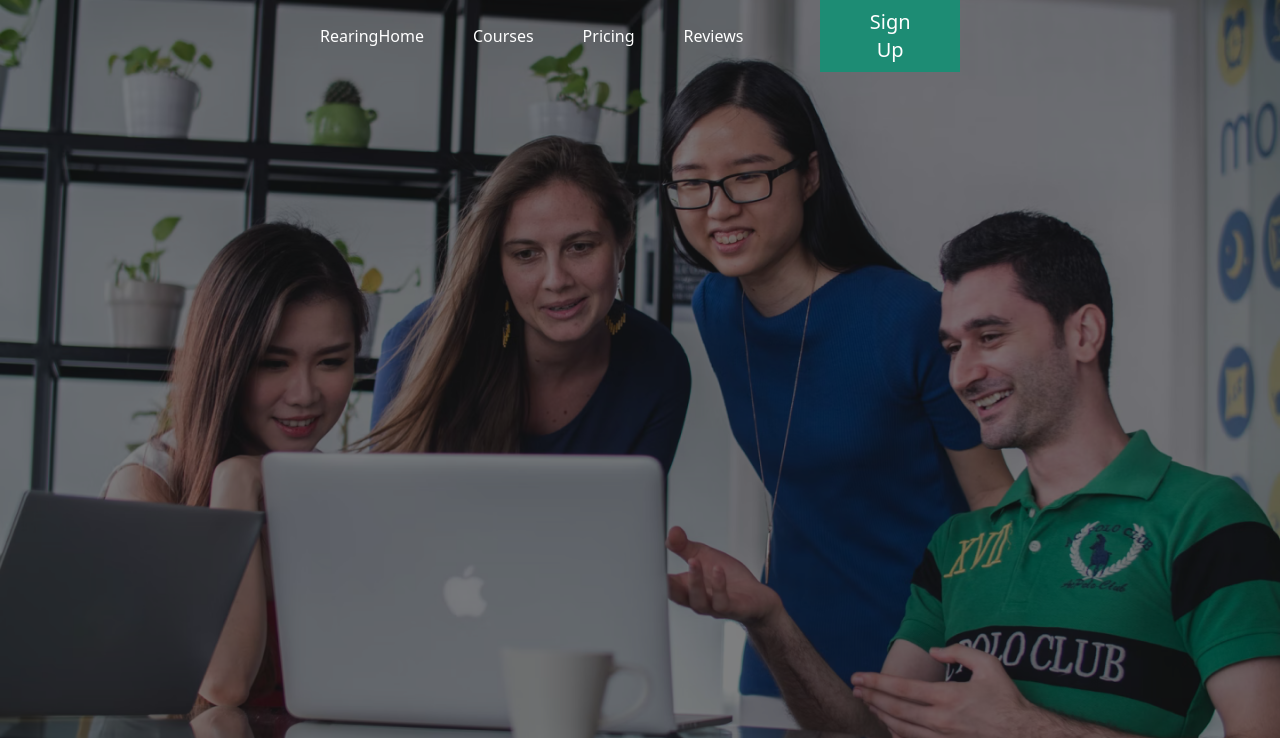
Repository: vandangnhathung/educationplatform
Page: /
These files come from the project's save history. The page is drawn as it stood at one moment and after the next save; the edit follows.
The browser window is 1280 px wide. The pictures show the whole page.
The project was rebuilt for these pictures with package versions that can differ from the ones it lists, and the page was loaded fresh each time.

Above is the page before, as saved 2022-06-20 14:38:00.

### src/index.js
import React from "react";
import ReactDOM from "react-dom/client";
import App from "./App";
import reportWebVitals from "./reportWebVitals";
import "./index.css";
const root = ReactDOM.createRoot(document.getElementById("root"));
root.render(
  <React.StrictMode>
    <App />
  </React.StrictMode>
);

// If you want to start measuring performance in your app, pass a function
// to log results (for example: reportWebVitals(console.log))
// or send to an analytics endpoint. Learn more: https://bit.ly/CRA-vitals
reportWebVitals();

### src/App.js
import Header from "./components/Header";

function App() {
  return (
    <>
      <Header></Header>
    </>
  );
}

export default App;

### src/index.css
@tailwind base;
@tailwind components;
@tailwind utilities;

*,
*::before,
*::after {
  box-sizing: border-box;
}
* {
  margin: 0;
  padding: 0;
}

html,
body {
  height: 100%;
}
body {
  line-height: 1.5;
}

img,
picture,
video,
canvas,
svg {
  display: block;
  max-width: 100%;
}
input,
button,
textarea,
select {
  font: inherit;
  outline: none;
}
p,
h1,
h2,
h3,
h4,
h5,
h6 {
  overflow-wrap: break-word;
}

.container {
    max-width: 1440px;
    margin: 0 auto;
    width: 100%;
}

### src/components/Header.js
import React, { useEffect } from "react";
import headerImg from "../images/Images.png";
const Header = () => {
  const headerNav = [
    {
      id: 1,
      title: "Home",
    },
    {
      id: 2,
      title: "Courses",
    },
    {
      id: 3,
      title: "Pricing",
    },
    {
      id: 4,
      title: "Reviews",
    },
  ];
  return (
    <header>
      <div className="relative">
        <img src={headerImg} alt="header_img" className="w-full" />
        <div className="absolute inset-0 bg-black opacity-50"></div>
        <div class="absolute top-0  -translate-x-1/2 left-1/2 ">
          <div class="container ">
            <div className=" text-white flex items-center justify-center">
              <div className="">Rearing</div>
              <div className="flex items-center justify-center">
                <nav className="mr-[77px]">
                  <ul className="flex items-center justify-center gap-x-[49px] ">
                    {headerNav.map((item) => (
                      <li key={item.id}>{item.title}</li>
                    ))}
                  </ul>
                </nav>
                <button className="py-2 px-10 bg-[#1D8C74] text-white text-xl ">
                  Sign Up
                </button>
              </div>
            </div>
          </div>
        </div>
      </div>
    </header>
  );
};

export default Header;

Loaded but not shown: public/index.html (common file); src/reportWebVitals.js (common file); tailwind.config.js (common file)

After the next save:
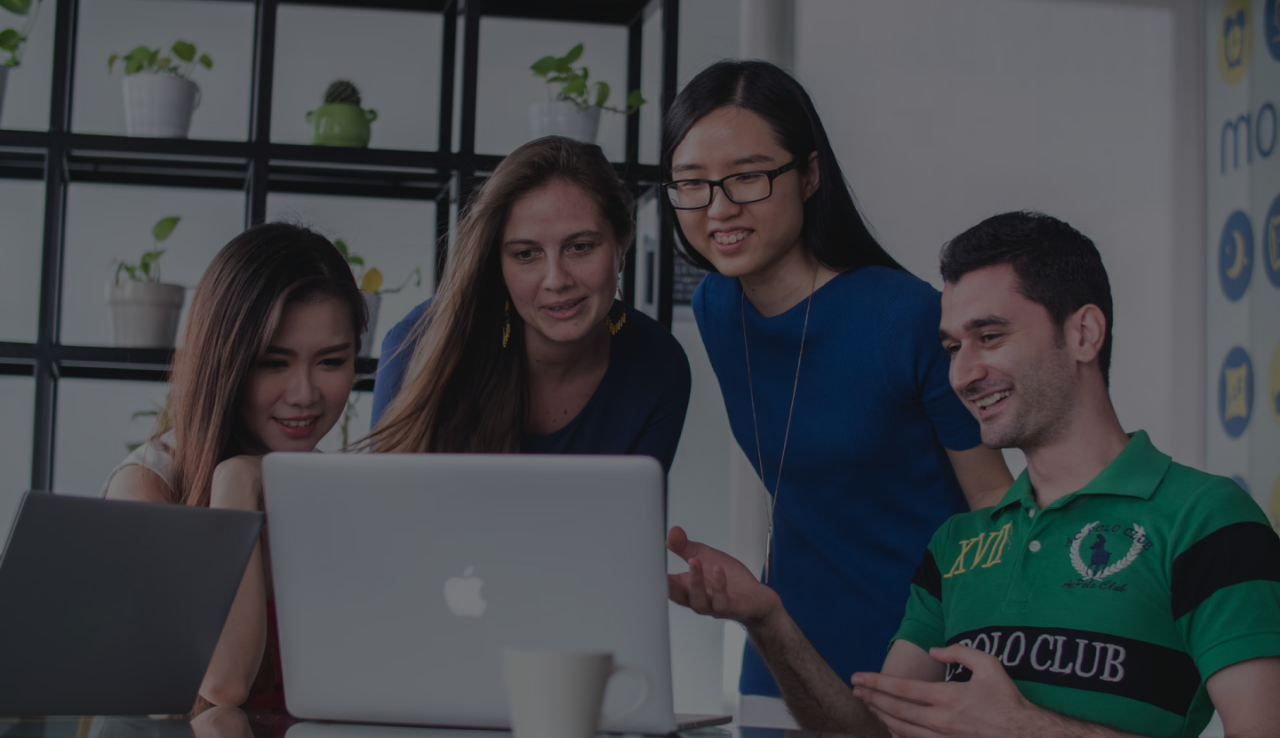
Saved 62 s later.
--- a/src/components/Header.js
+++ b/src/components/Header.js
@@ -24,25 +24,6 @@ const Header = () => {
       <div className="relative">
         <img src={headerImg} alt="header_img" className="w-full" />
         <div className="absolute inset-0 bg-black opacity-50"></div>
-        <div class="absolute top-0  -translate-x-1/2 left-1/2 ">
-          <div class="container ">
-            <div className=" text-white flex items-center justify-center">
-              <div className="">Rearing</div>
-              <div className="flex items-center justify-center">
-                <nav className="mr-[77px]">
-                  <ul className="flex items-center justify-center gap-x-[49px] ">
-                    {headerNav.map((item) => (
-                      <li key={item.id}>{item.title}</li>
-                    ))}
-                  </ul>
-                </nav>
-                <button className="py-2 px-10 bg-[#1D8C74] text-white text-xl ">
-                  Sign Up
-                </button>
-              </div>
-            </div>
-          </div>
-        </div>
       </div>
     </header>
   );
